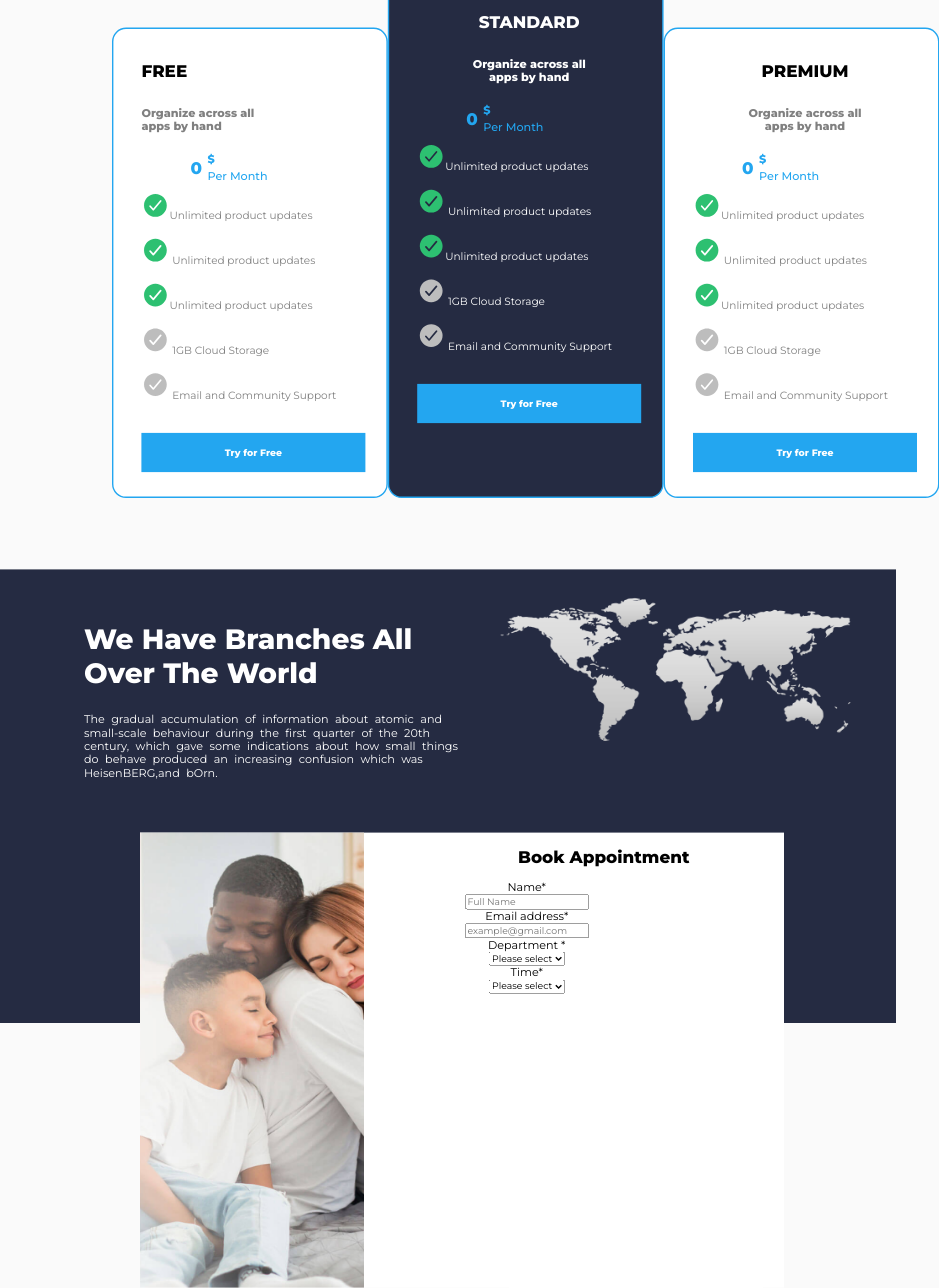
Repository: NANCY-HUB329/week-challenge
Page: index.html
These files come from the project's save history. The page is drawn as it stood at one moment and after a run of saves; the edit follows.
The browser window is 1280 px wide. The page is 1342 px wide, so the pictures cover 1342 px, including what lies to the right of the window. The pictures show the part of the page from y = 2428 to 4268 px (the page is 4268 px tall), at 70% of full size.

Above is the page before, as saved 2023-11-24 02:59:32.

After the next 2 saves:
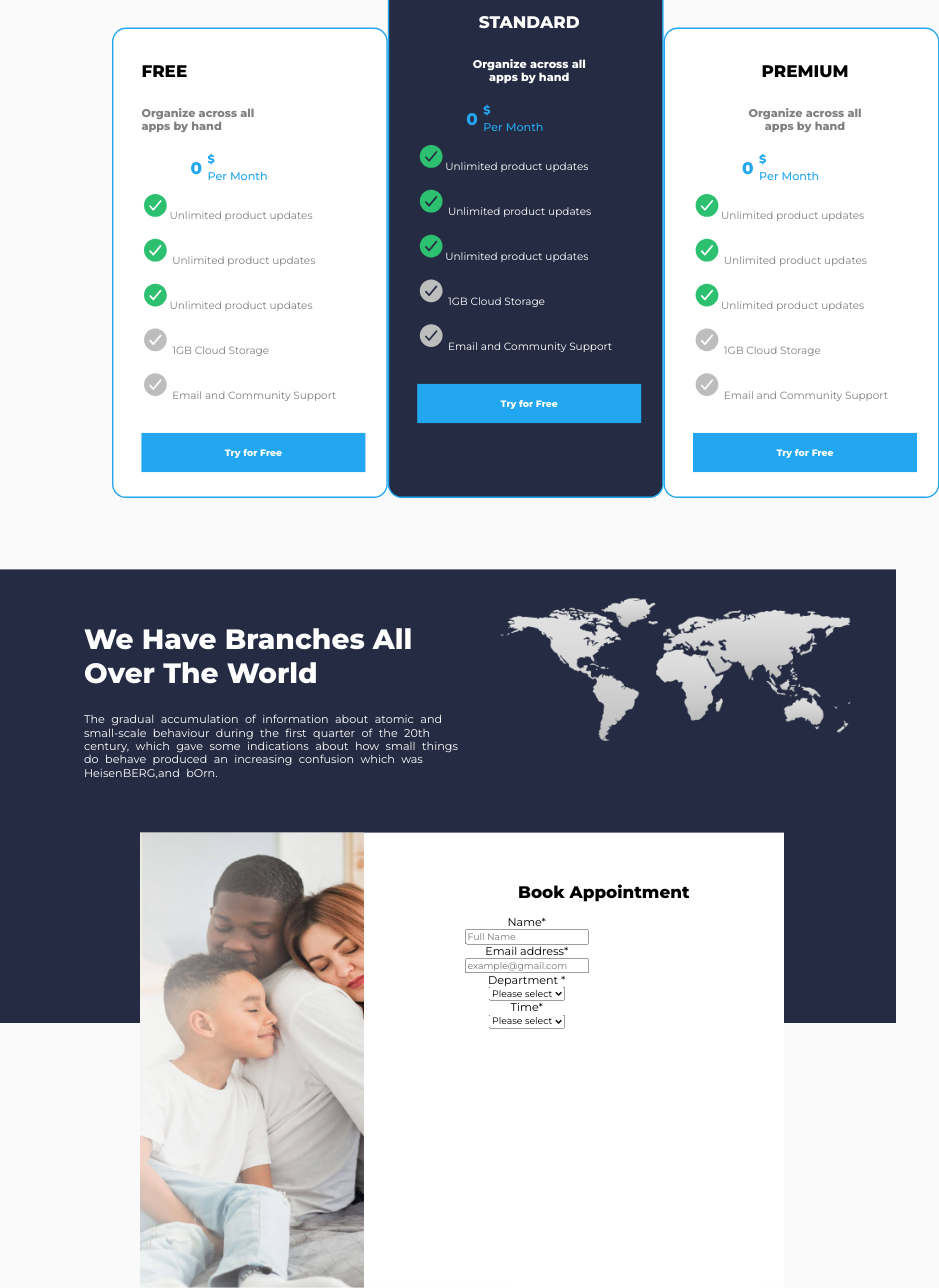
The 2 saves are shown as one change because they came seconds apart.
The last was saved 6 s later.
--- a/styles.css
+++ b/styles.css
@@ -479,7 +479,7 @@
 }
 .contact-form h2{
 padding-left:220px;
-padding-top: ;
+padding-top: 50px;
 }
 
 
